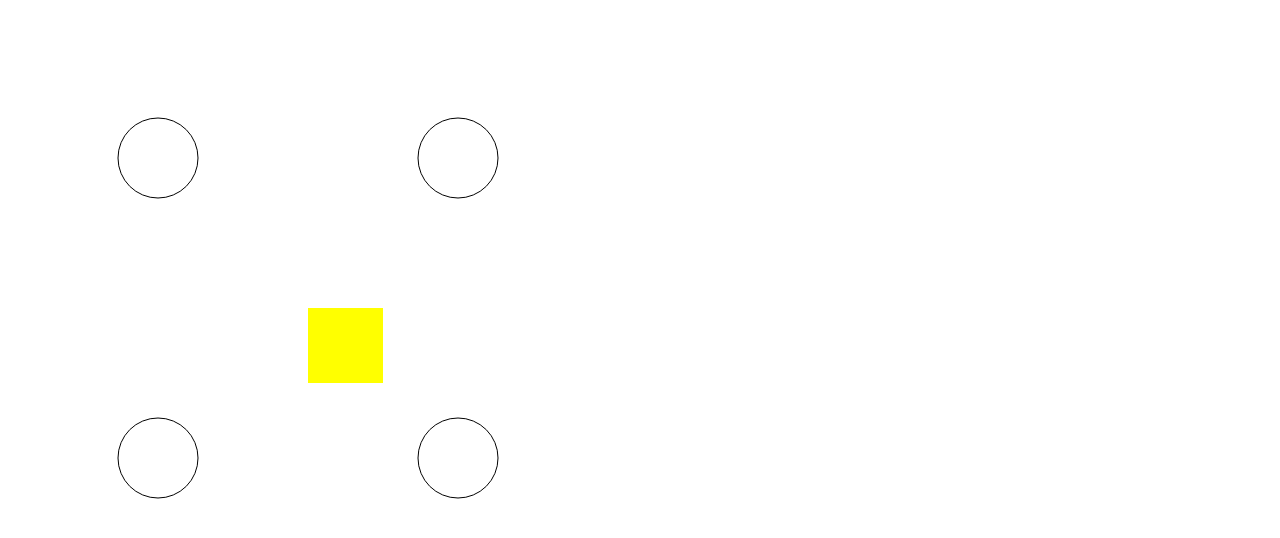
Repository: facio313/Python
Page: HELLO_PYTHON/day17/templates/canvas.html
The author's editor kept a copy of each file at every save. The page is drawn from the files as they stood at one save, then again after the next save.
The browser window is 1280 px wide. The pictures show the whole page.

Above is the page before, as saved 2022-12-15 10:39:34.

After the next save:
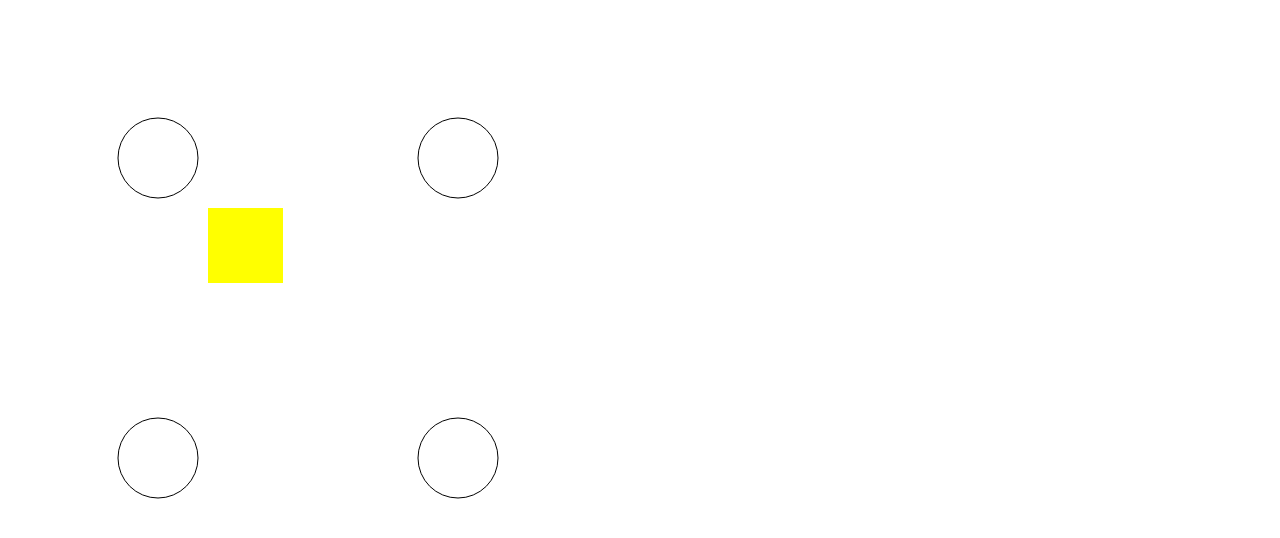
Saved 7 s later.
--- a/HELLO_PYTHON/day17/templates/canvas.html
+++ b/HELLO_PYTHON/day17/templates/canvas.html
@@ -27,7 +27,7 @@
 	ctx.stroke();
 
 	ctx.fillStyle = "rgba(255, 255, 0, 1)";
-	ctx.fillRect (300, 300, 75, 75);
+	ctx.fillRect (200, 200, 75, 75);
 }
 </script>
 

After the save that followed:
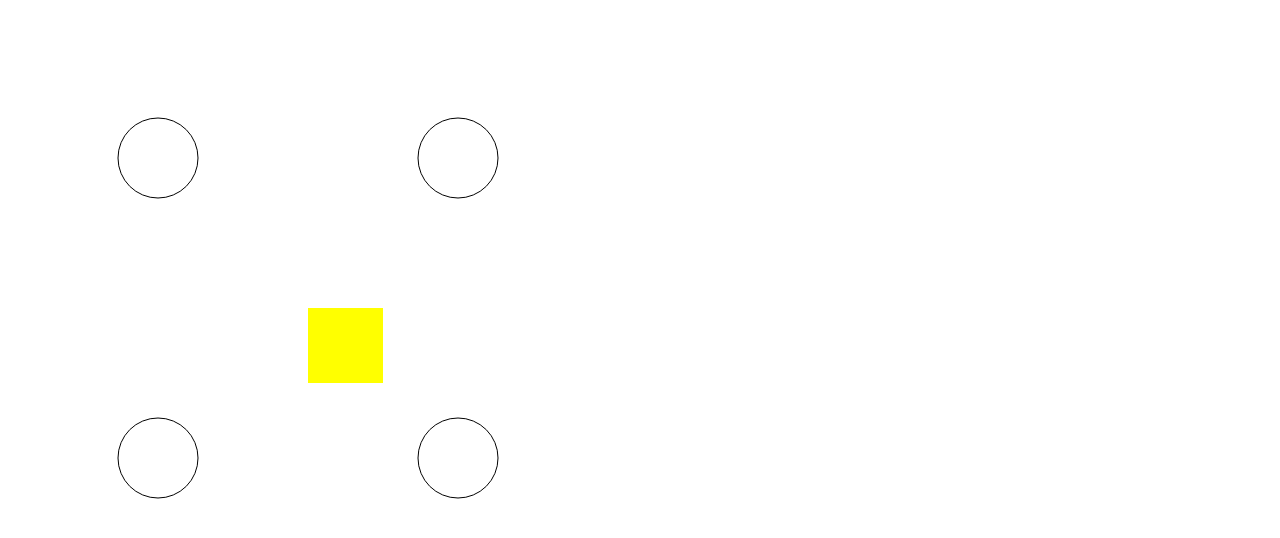
Saved 83 s later.
--- a/HELLO_PYTHON/day17/templates/canvas.html
+++ b/HELLO_PYTHON/day17/templates/canvas.html
@@ -27,7 +27,7 @@
 	ctx.stroke();
 
 	ctx.fillStyle = "rgba(255, 255, 0, 1)";
-	ctx.fillRect (200, 200, 75, 75);
+	ctx.fillRect (300, 300, 75, 75);
 }
 </script>
 
